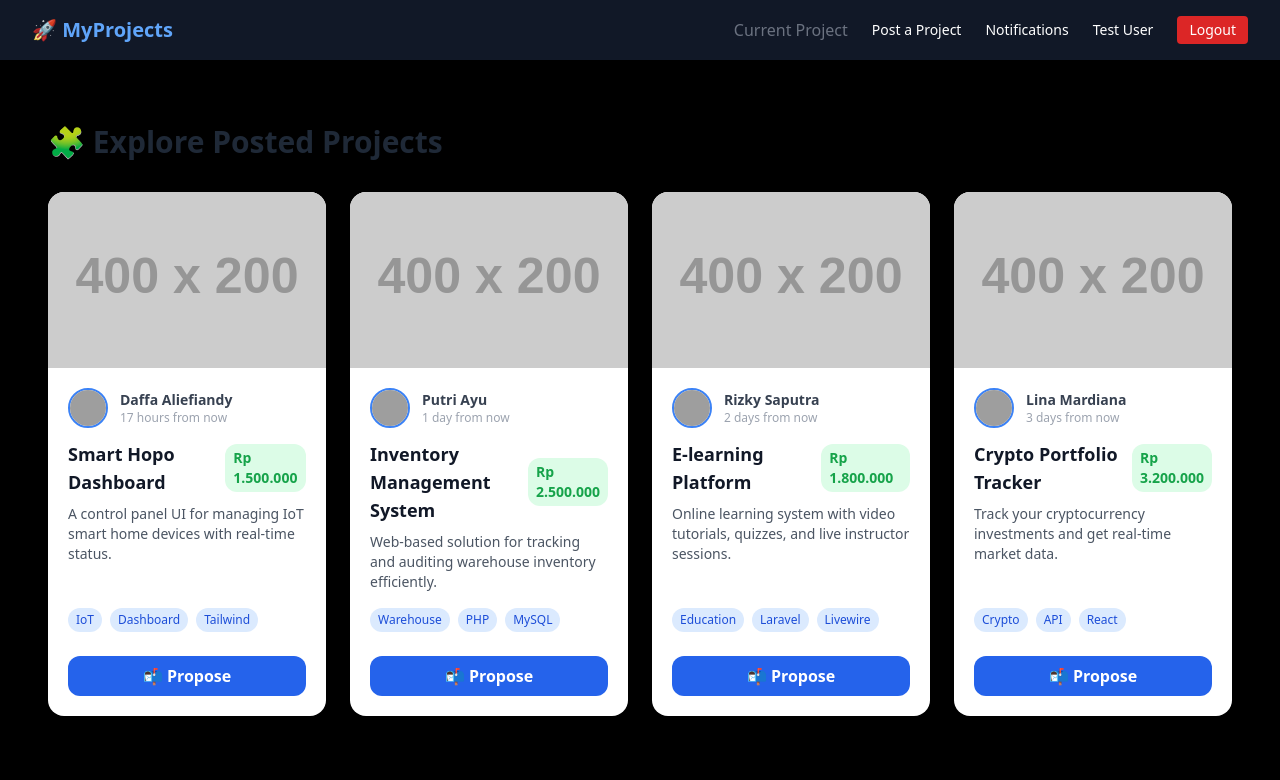
Repository: daffa-alif/kobar
Page: http://localhost/dashboard
The author's editor kept a copy of each file at every save. The page is drawn from the files as they stood at one save, then again after the next save.
The browser window is 1280 px wide. The pictures show the whole page.
Pictures or frames that could not be fetched are drawn as grey boxes. Some web libraries are served in a nearby version. The page is served by the project's Laravel application, run on PHP 8.4 with Laravel 12. A made-up administrator, Test User (test@example.com), is signed in. Other server files are loaded and not shown.

Above is the page before, as saved 2025-04-05 00:30:19.

### routes/web.php
<?php

use Illuminate\Support\Facades\Route;
use App\Http\Controllers\AuthController;


Route::get('/register', [AuthController::class, 'showRegisterForm'])->name('register');
Route::post('/register', [AuthController::class, 'register']);

Route::get('/login', [AuthController::class, 'showLoginForm'])->name('login');
Route::post('/login', [AuthController::class, 'login']);

Route::middleware('auth')->group(function () {
    Route::get('/dashboard', function () {
        return view('dashboard');
    })->name('dashboard');

    Route::post('/logout', [AuthController::class, 'logout'])->name('logout');
});

Route::get('/logout', [AuthController::class, 'logout'])->name('logout');

Route::get('/', function () {
    return view('welcome');
});

### app/Models/User.php
<?php

namespace App\Models;

use Illuminate\Database\Eloquent\Factories\HasFactory;
use Illuminate\Foundation\Auth\User as Authenticatable;
use Illuminate\Notifications\Notifiable;
use Illuminate\Database\Eloquent\Concerns\HasUuids;

class User extends Authenticatable
{
    use HasFactory, Notifiable, HasUuids;

    protected $keyType = 'string'; // Pastikan primary key adalah string
    public $incrementing = false; // Nonaktifkan auto-increment ID

    protected $fillable = [
        'name', 'profile_picture', 'email', 'password',
    ];

    protected $hidden = [
        'password', 'remember_token',
    ];

    protected $casts = [
        'email_verified_at' => 'datetime',
    ];
}

### resources/views/dashboard.blade.php
@extends('layouts.app')

@section('content')
<div class="max-w-7xl mx-auto px-4 py-10">
    <h1 class="text-3xl font-bold text-gray-800 mb-8">🧩 Explore Posted Projects</h1>

    @php
        $projects = [
            [
                'title' => 'Smart Hopo Dashboard',
                'description' => 'A control panel UI for managing IoT smart home devices with real-time status.',
                'posted_by' => 'Daffa Aliefiandy',
                'posted_at' => '2025-04-01 14:32',
                'avatar' => 'https://i.pravatar.cc/100?img=3',
                'tags' => ['IoT', 'Dashboard', 'Tailwind'],
                'price' => 1500000
            ],
            [
                'title' => 'Inventory Management System',
                'description' => 'Web-based solution for tracking and auditing warehouse inventory efficiently.',
                'posted_by' => 'Putri Ayu',
                'posted_at' => '2025-04-02 09:12',
                'avatar' => 'https://i.pravatar.cc/100?img=5',
                'tags' => ['Warehouse', 'PHP', 'MySQL'],
                'price' => 2500000
            ],
            [
                'title' => 'E-learning Platform',
                'description' => 'Online learning system with video tutorials, quizzes, and live instructor sessions.',
                'posted_by' => 'Rizky Saputra',
                'posted_at' => '2025-04-03 18:05',
                'avatar' => 'https://i.pravatar.cc/100?img=7',
                'tags' => ['Education', 'Laravel', 'Livewire'],
                'price' => 1800000
            ],
            [
                'title' => 'Crypto Portfolio Tracker',
                'description' => 'Track your cryptocurrency investments and get real-time market data.',
                'posted_by' => 'Lina Mardiana',
                'posted_at' => '2025-04-04 10:22',
                'avatar' => 'https://i.pravatar.cc/100?img=12',
                'tags' => ['Crypto', 'API', 'React'],
                'price' => 3200000
            ],
        ];
    @endphp

    <div class="grid grid-cols-1 sm:grid-cols-2 lg:grid-cols-3 xl:grid-cols-4 gap-6">
        @foreach ($projects as $project)
            <div class="bg-white rounded-2xl shadow hover:shadow-xl transition duration-300 flex flex-col">
                <img src="https://via.placeholder.com/400x200?text=Project+Image"
                     alt="Project Image"
                     class="rounded-t-2xl w-full h-44 object-cover">

                <div class="p-5 flex flex-col flex-1">
                    <div class="flex items-center gap-3 mb-3">
                        <img src="{{ $project['avatar'] }}" alt="Avatar"
                             class="w-10 h-10 rounded-full border-2 border-blue-500">
                        <div>
                            <p class="text-sm text-gray-700 font-semibold">{{ $project['posted_by'] }}</p>
                            <p class="text-xs text-gray-400">{{ \Carbon\Carbon::parse($project['posted_at'])->diffForHumans() }}</p>
                        </div>
                    </div>

                    <div class="flex justify-between items-center mb-2">
                        <h2 class="text-lg font-bold text-gray-900">{{ $project['title'] }}</h2>
                        <span class="text-sm text-green-600 font-semibold bg-green-100 px-2 py-1 rounded-xl">
                            Rp {{ number_format($project['price'], 0, ',', '.') }}
                        </span>
                    </div>

                    <p class="text-sm text-gray-600 flex-1">{{ $project['description'] }}</p>

                    <div class="mt-4 flex flex-wrap gap-2">
                        @foreach ($project['tags'] as $tag)
                            <span class="text-xs bg-blue-100 text-blue-700 px-2 py-1 rounded-full font-medium">{{ $tag }}</span>
                        @endforeach
                    </div>

                    <div class="mt-6">
                        <button class="w-full bg-blue-600 hover:bg-blue-700 text-white font-semibold py-2 px-4 rounded-xl transition duration-300">
                            📬 Propose
                        </button>
                    </div>
                </div>
            </div>
        @endforeach
    </div>
</div>
@endsection

### resources/views/layouts/app.blade.php
<!DOCTYPE html>
<html lang="en">
<head>
    <meta charset="UTF-8">
    <title>@yield('title', 'My App')</title>
    <meta name="viewport" content="width=device-width, initial-scale=1">

    <!-- Tailwind CSS CDN -->
    <script src="https://cdn.tailwindcss.com"></script>
</head>
<body class="bg-black text-white">
    <!-- Sticky Navbar -->
    <header class="bg-gray-900 shadow sticky top-0 z-50">
        <nav class="max-w-7xl mx-auto px-4 sm:px-6 lg:px-8 py-4 flex justify-between items-center">
            <!-- Left: Logo -->
            <div class="flex items-center gap-4">
                <a href="/" class="text-xl font-bold text-blue-400">🚀 MyProjects</a>
            </div>

            <!-- Desktop Menu -->
            <div class="hidden md:flex items-center gap-6">
                <a href="#" class="text-gray-500 cursor-not-allowed">Current Project</a>
                <a href="/projects/create" class="text-sm font-medium hover:text-blue-400">Post a Project</a>
                <a href="/notifications" class="text-sm font-medium hover:text-blue-400">Notifications</a>
                <a href="/profile" class="text-sm font-medium hover:text-blue-400">
                    {{ Auth::user()->name }}
                </a>

                <form method="POST" action="{{ route('logout') }}">
                    @csrf
                    <button type="submit" class="bg-red-600 hover:bg-red-700 text-white px-3 py-1 rounded text-sm font-medium">
                        Logout
                    </button>
                </form>
            </div>

            <!-- Mobile Toggle Button -->
            <div class="md:hidden">
                <button id="mobile-menu-toggle" class="text-white hover:text-blue-400 focus:outline-none">
                    ☰
                </button>
            </div>
        </nav>

        <!-- Mobile Dropdown -->
        <div id="mobile-menu" class="md:hidden max-h-0 overflow-hidden transition-all duration-700 ease-in-out bg-gray-800 px-4" style="will-change: max-height;">
            <div class="pt-2 pb-4">
                <a href="#" class="block text-gray-500 py-1 cursor-not-allowed">Current Project</a>
                <a href="/projects/create" class="block text-sm font-medium hover:text-blue-400 py-1">Post a Project</a>
                <a href="/notifications" class="block text-sm font-medium hover:text-blue-400 py-1">Notifications</a>
                <a href="/profile" class="block text-sm font-medium hover:text-blue-400 py-1">
                    {{ Auth::user()->name }}
                </a>
                <form method="POST" action="{{ route('logout') }}" class="pt-2">
                    @csrf
                    <button type="submit" class="w-full text-left text-sm text-white bg-red-600 hover:bg-red-700 px-3 py-2 rounded">
                        Logout
                    </button>
                </form>
            </div>
        </div>

    </header>

    <!-- Main Content -->
    <main class="min-h-screen py-6 px-4 sm:px-6 lg:px-8">
        @yield('content')
    </main>

    <!-- JS for Mobile Toggle -->
    <script>
        const toggleBtn = document.getElementById('mobile-menu-toggle');
        const mobileMenu = document.getElementById('mobile-menu');

        let isOpen = false;

        toggleBtn.addEventListener('click', () => {
            if (!isOpen) {
                mobileMenu.classList.remove('max-h-0');
                mobileMenu.classList.add('max-h-[500px]');
                isOpen = true;
            } else {
                mobileMenu.classList.remove('max-h-[500px]');
                mobileMenu.classList.add('max-h-0');
                isOpen = false;
            }
        });
    </script>

</body>
</html>

After the next save:
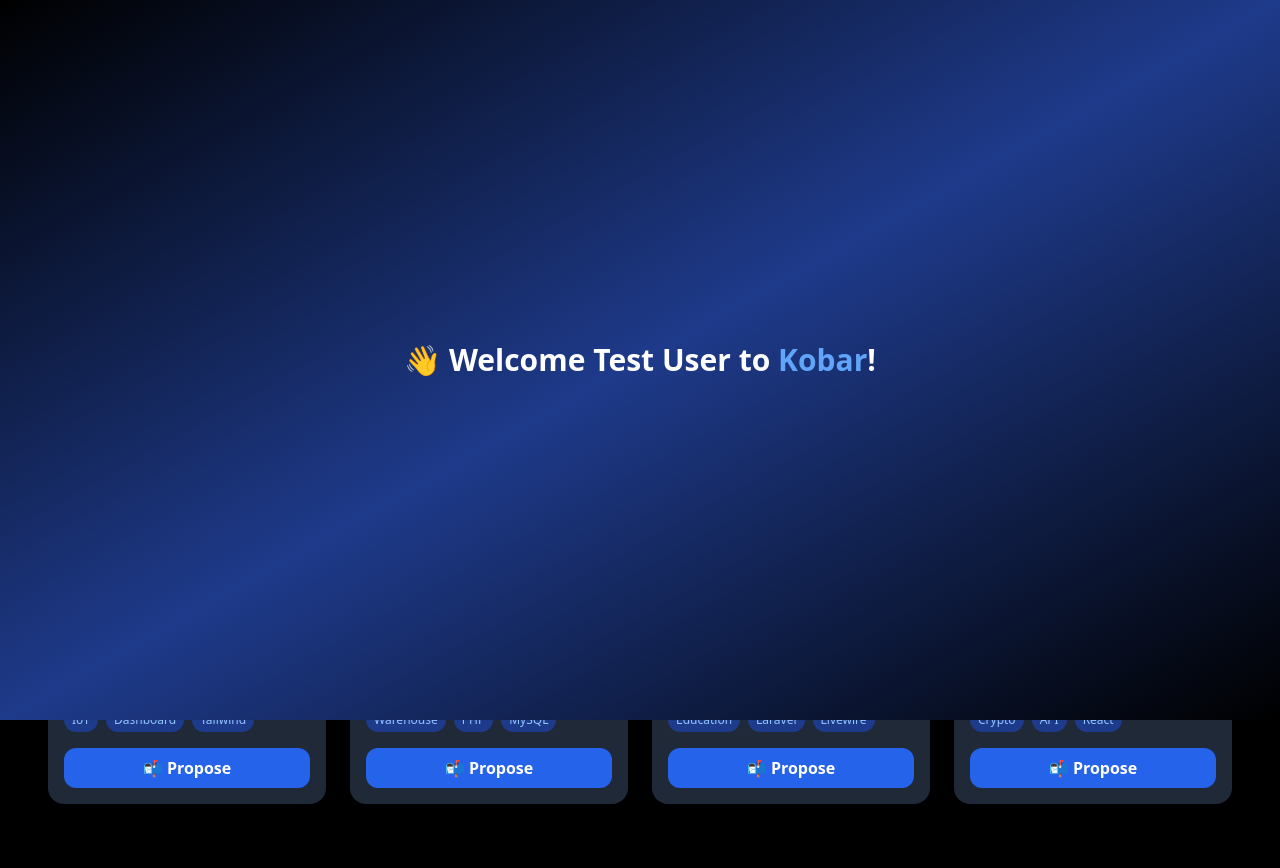
Saved 4 min 14 s later.
--- a/resources/views/dashboard.blade.php
+++ b/resources/views/dashboard.blade.php
@@ -1,14 +1,28 @@
 @extends('layouts.app')
 
 @section('content')
+<div id="intro-welcome" class="fixed inset-0 bg-gradient-to-br from-black via-blue-900 to-black flex items-center justify-center z-50 text-white text-center text-3xl font-bold animate-fade-in">
+    <p>👋 Welcome {{ Auth::user()->name }} to <span class="text-blue-400">Kobar</span>!</p>
+</div>
+
 <div class="max-w-7xl mx-auto px-4 py-10">
-    <h1 class="text-3xl font-bold text-gray-800 mb-8">🧩 Explore Posted Projects</h1>
+    <div class="mb-10">
+        <h1 class="text-3xl font-bold text-white">🧩 Explore Posted Projects</h1>
+        <p class="text-gray-400 text-sm mt-2">Discover amazing ideas shared by others in the community.</p>
+    </div>
+
+    <div class="mb-10">
+        <div class="bg-gray-900 rounded-xl p-6 shadow-lg">
+            <h2 class="text-2xl font-semibold text-blue-400">Welcome to Kobar</h2>
+            <p class="text-gray-300 mt-2">Here you can post your project, explore others, and propose to collaborate. Your journey starts now, {{ Auth::user()->name }}!</p>
+        </div>
+    </div>
 
     @php
         $projects = [
             [
                 'title' => 'Smart Hopo Dashboard',
-                'description' => 'A control panel UI for managing IoT smart home devices with real-time status.',
+                'description' => 'Control panel UI for managing smart devices.',
                 'posted_by' => 'Daffa Aliefiandy',
                 'posted_at' => '2025-04-01 14:32',
                 'avatar' => 'https://i.pravatar.cc/100?img=3',
@@ -16,8 +30,8 @@
                 'price' => 1500000
             ],
             [
-                'title' => 'Inventory Management System',
-                'description' => 'Web-based solution for tracking and auditing warehouse inventory efficiently.',
+                'title' => 'Inventory Management',
+                'description' => 'Track and audit warehouse inventory.',
                 'posted_by' => 'Putri Ayu',
                 'posted_at' => '2025-04-02 09:12',
                 'avatar' => 'https://i.pravatar.cc/100?img=5',
@@ -26,7 +40,7 @@
             ],
             [
                 'title' => 'E-learning Platform',
-                'description' => 'Online learning system with video tutorials, quizzes, and live instructor sessions.',
+                'description' => 'Online learning system with quizzes.',
                 'posted_by' => 'Rizky Saputra',
                 'posted_at' => '2025-04-03 18:05',
                 'avatar' => 'https://i.pravatar.cc/100?img=7',
@@ -34,8 +48,8 @@
                 'price' => 1800000
             ],
             [
-                'title' => 'Crypto Portfolio Tracker',
-                'description' => 'Track your cryptocurrency investments and get real-time market data.',
+                'title' => 'Crypto Tracker',
+                'description' => 'Track crypto investments live.',
                 'posted_by' => 'Lina Mardiana',
                 'posted_at' => '2025-04-04 10:22',
                 'avatar' => 'https://i.pravatar.cc/100?img=12',
@@ -45,39 +59,39 @@
         ];
     @endphp
 
-    <div class="grid grid-cols-1 sm:grid-cols-2 lg:grid-cols-3 xl:grid-cols-4 gap-6">
+    <div class="grid grid-cols-2 sm:grid-cols-2 lg:grid-cols-3 xl:grid-cols-4 gap-6">
         @foreach ($projects as $project)
-            <div class="bg-white rounded-2xl shadow hover:shadow-xl transition duration-300 flex flex-col">
+            <div class="bg-gray-800 rounded-2xl shadow hover:shadow-xl transition duration-300 flex flex-col">
                 <img src="https://via.placeholder.com/400x200?text=Project+Image"
                      alt="Project Image"
-                     class="rounded-t-2xl w-full h-44 object-cover">
+                     class="rounded-t-2xl w-full h-40 object-cover">
 
-                <div class="p-5 flex flex-col flex-1">
+                <div class="p-4 flex flex-col flex-1">
                     <div class="flex items-center gap-3 mb-3">
                         <img src="{{ $project['avatar'] }}" alt="Avatar"
-                             class="w-10 h-10 rounded-full border-2 border-blue-500">
+                             class="w-9 h-9 rounded-full border-2 border-blue-500">
                         <div>
-                            <p class="text-sm text-gray-700 font-semibold">{{ $project['posted_by'] }}</p>
+                            <p class="text-sm text-white font-semibold">{{ $project['posted_by'] }}</p>
                             <p class="text-xs text-gray-400">{{ \Carbon\Carbon::parse($project['posted_at'])->diffForHumans() }}</p>
                         </div>
                     </div>
 
                     <div class="flex justify-between items-center mb-2">
-                        <h2 class="text-lg font-bold text-gray-900">{{ $project['title'] }}</h2>
-                        <span class="text-sm text-green-600 font-semibold bg-green-100 px-2 py-1 rounded-xl">
+                        <h2 class="text-md font-bold text-white truncate">{{ $project['title'] }}</h2>
+                        <span class="text-sm text-green-400 font-semibold bg-green-900 px-2 py-1 rounded-xl">
                             Rp {{ number_format($project['price'], 0, ',', '.') }}
                         </span>
                     </div>
 
-                    <p class="text-sm text-gray-600 flex-1">{{ $project['description'] }}</p>
+                    <p class="text-sm text-gray-400 mb-2 line-clamp-2">{{ $project['description'] }}</p>
 
-                    <div class="mt-4 flex flex-wrap gap-2">
+                    <div class="flex flex-wrap gap-2 mt-auto">
                         @foreach ($project['tags'] as $tag)
-                            <span class="text-xs bg-blue-100 text-blue-700 px-2 py-1 rounded-full font-medium">{{ $tag }}</span>
+                            <span class="text-xs bg-blue-900 text-blue-300 px-2 py-1 rounded-full font-medium">{{ $tag }}</span>
                         @endforeach
                     </div>
 
-                    <div class="mt-6">
+                    <div class="mt-4">
                         <button class="w-full bg-blue-600 hover:bg-blue-700 text-white font-semibold py-2 px-4 rounded-xl transition duration-300">
                             📬 Propose
                         </button>
@@ -87,4 +101,27 @@
         @endforeach
     </div>
 </div>
+
+<!-- Smooth fade-in & auto-hide intro -->
+<script>
+    window.addEventListener('DOMContentLoaded', () => {
+        const intro = document.getElementById('intro-welcome');
+        setTimeout(() => {
+            intro.classList.add('opacity-0', 'pointer-events-none');
+            setTimeout(() => intro.remove(), 1000); // Remove from DOM after fade
+        }, 6000);
+    });
+</script>
+
+<!-- Add fade-in animation (custom) -->
+<style>
+    @keyframes fadeIn {
+        from { opacity: 0; transform: scale(0.98); }
+        to { opacity: 1; transform: scale(1); }
+    }
+
+    .animate-fade-in {
+        animation: fadeIn 1s ease-out forwards;
+    }
+</style>
 @endsection
